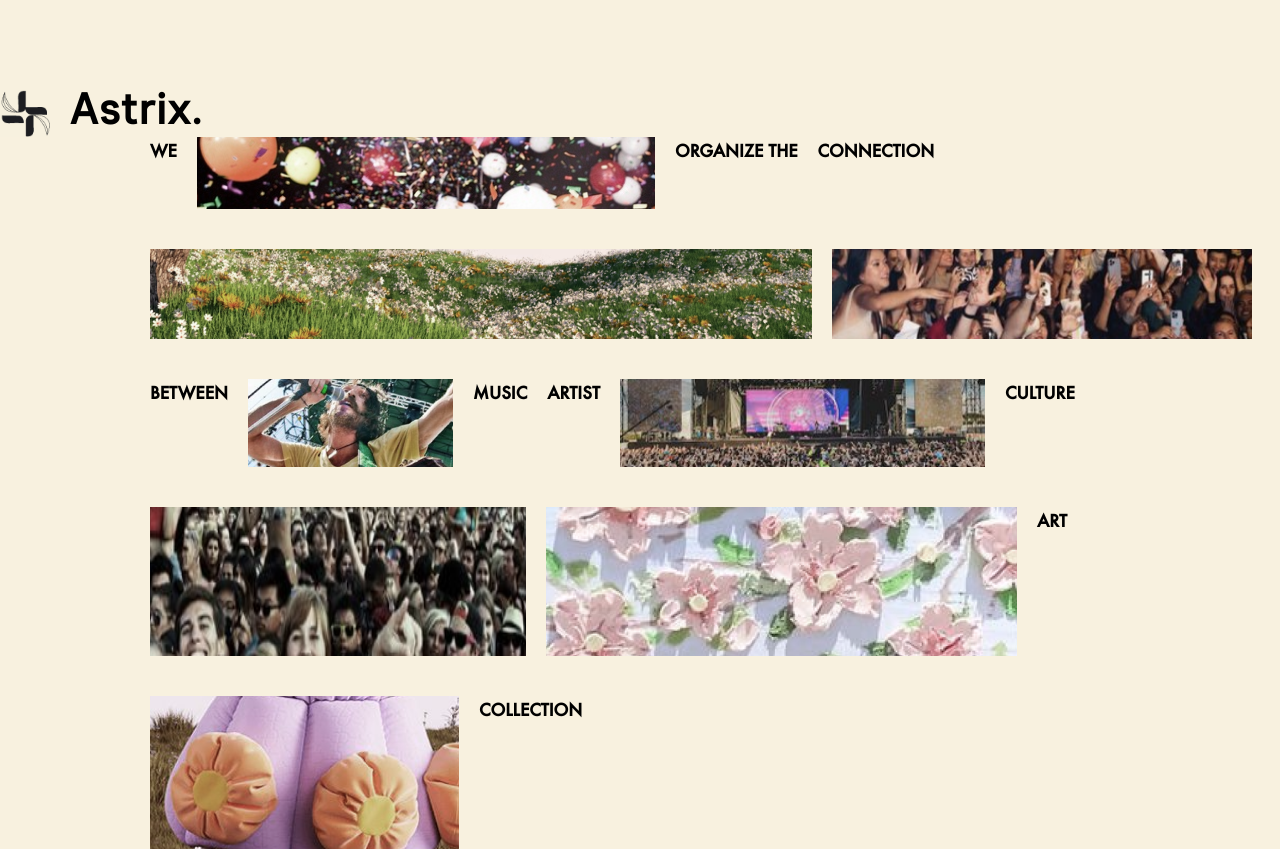
Repository: sharma171/astrix
Page: /
These files come from the project's save history. The page is drawn as it stood at one moment and after the next save; the edit follows.
The browser window is 1280 px wide. The pictures show the whole page.
The project was rebuilt for these pictures with package versions that can differ from the ones it lists, and the page was loaded fresh each time.

Above is the page before, as saved 2024-05-19 16:50:11.

After the next save:
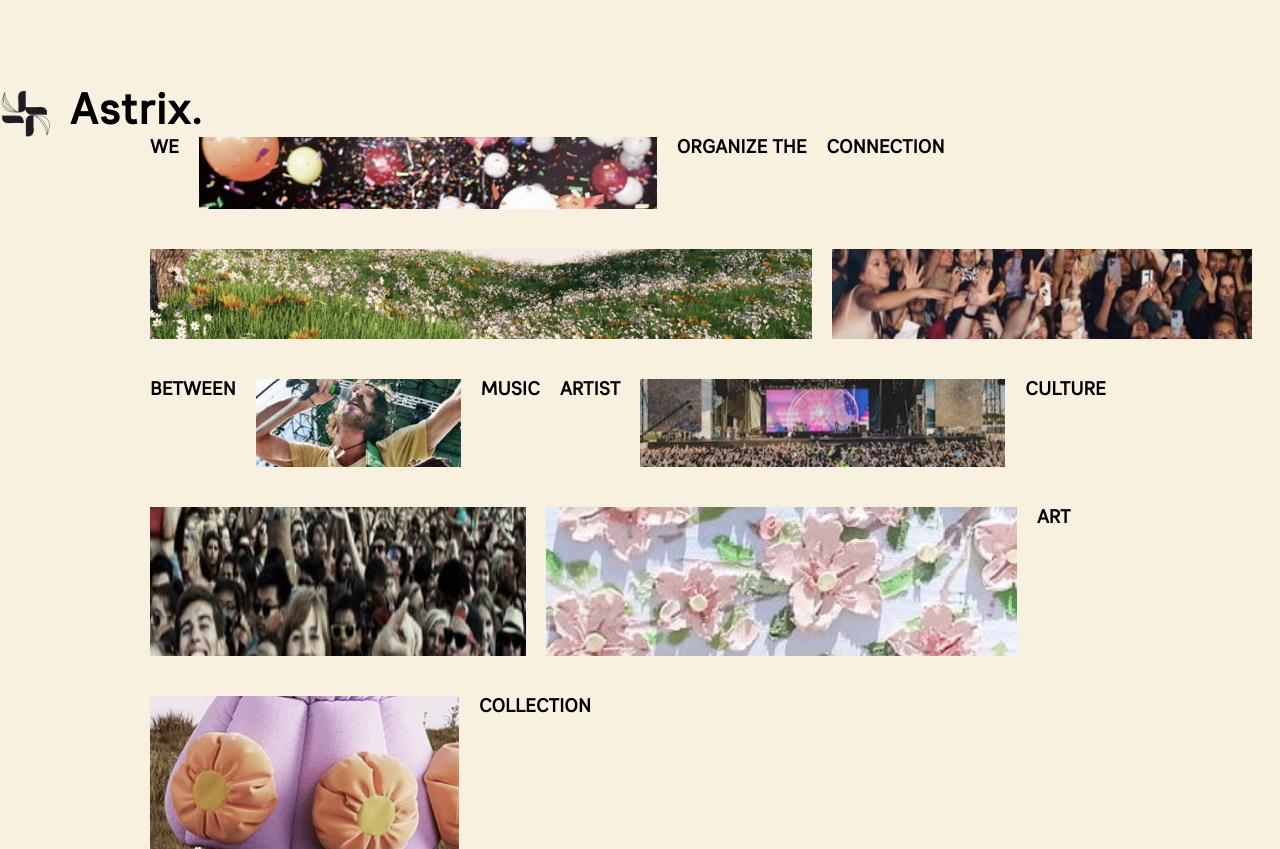
Saved 49 s later.
--- a/src/component/hero-overlay/css/hero.css
+++ b/src/component/hero-overlay/css/hero.css
@@ -15,5 +15,5 @@
 }
 
 .floating-hero .hero-anim .hero-text {
-    font-family: "futuramedium";
+    font-family: "sebino";
 }
